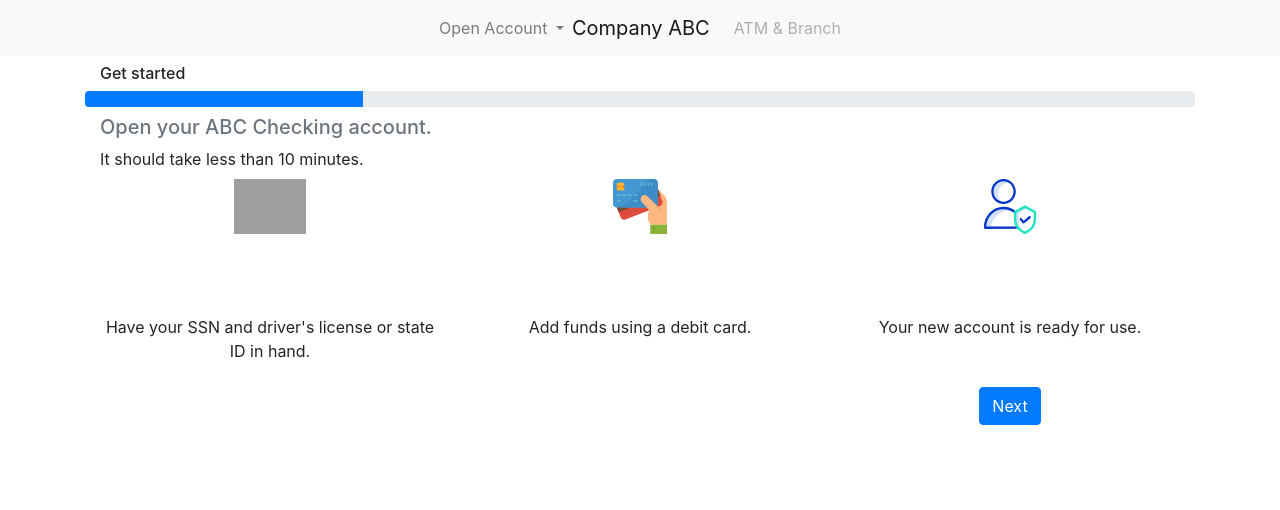
Repository: barriosan95/banking-opening-account-demo
Page: http://localhost/checking/application
The author's editor kept a record of every edit. The page is drawn from the files as they stood at one moment, then again after the next edit.
The browser window is 1280 px wide. The pictures show the whole page.
Pictures or frames that could not be fetched are drawn as grey boxes. Some web fonts or font styles are not loaded; a fallback is used. Some web libraries are served in a nearby version. The page is served by the project's Node server (index.js).

Above is the page before.

### views/checking_app.ejs
<% include ./partials/header %>
    <div class ="container">
        <div class ="container mt-2">
            <h6 class="mb-0"> Get started<h6>
        </div>
        <div class="progress">
            <div class="progress-bar" role="progressbar" style="width: 25%" aria-valuenow="25" aria-valuemin="0" aria-valuemax="100"></div>
        </div>
        <div class ="container mt-2 mb-2 text-muted">
            <h5> Open your ABC Checking account.</h5>
        </div>
        <div class ="container">
            <label> It should take less than 10 minutes.</label>
            <div class ="row">
                <div class ="col-md-4 d-flex flex-column align-items-center">
                    <img class=" app-img img-fluid" src="/icons/identification.svg">
                </div>
                <div class ="col-md-4 d-flex flex-column align-items-center">
                    <img class="app-img img-fluid" src="/icons/debit-card.svg">
                </div>
                <div class ="col-md-4 d-flex flex-column align-items-center">
                    <img class="app-img img-fluid" src="/icons/user.svg">
                </div>
            </div>
            <div class ="row">
                <div class ="col-md-4 text-center">
                    <p>Have your SSN and driver's license or state ID in hand.</p>
                </div>
                <div class ="col-md-4 text-center">
                    <p>Add funds using a debit card. </p>
                </div>
                <div class ="col-md-4 text-center">
                    <p>Your new account is ready for use.</p>
                </div>
            </div>
            <div class ="row">
                <div class="col-md-4 d-flex flex-column align-items-center ml-auto">
                    <a href="/checking/application" > <button class="btn btn-primary mt-2">Next</button></a>
                </div>
            </div>
        </div>
    </div>
<% include ./partials/footer %>

### views/partials/header.ejs
<!DOCTYPE HTML!>
<html>

    <head>


        <!--CDN Bootstrap v4.1.3-->
        <link rel="stylesheet" href="https://stackpath.bootstrapcdn.com/bootstrap/4.1.3/css/bootstrap.min.css">
        <link rel="stylesheet" href="https://cdnjs.cloudflare.com/ajax/libs/font-awesome/4.7.0/css/font-awesome.min.css">

        <!--Ref stylesheets -->
        <link rel= "stylesheet" type="text/css" href="/styles/app.css">


        <!--font -->
        <link href="https://fonts.googleapis.com/css?family=Muli:200,300,400,700,800" rel="stylesheet">


        <!--Will ensure proper responsivness on mobile devices-->
        <meta name="viewport" content="width=device-width, initial-scale=1, shrink-to-fit=no">

        <title> Banking OA Demo </title>

        <meta name="viewport" content="width=device-width, initial-scale=1, maximum-scale=1, user-scalable=no">

    </head>

    <body>

    <!--NAVBAR-->
        <nav class="navbar navbar-expand-lg navbar-light bg-light">
            <button class="navbar-toggler" type="button" data-toggle="collapse" data-target="#navbarNavDropdown" aria-controls="navbarNavDropdown" aria-expanded="false" aria-label="Toggle navigation">
                <span class="navbar-toggler-icon"></span>
            </button>

            <div class="collapse navbar-collapse" id="navbarNavDropdown">
                <ul class="navbar-nav mx-auto">
                    <li class="nav-item dropdown">
                        <a class="nav-link dropdown-toggle" href="#" id="navbarDropdown" role="button" data-toggle="dropdown">
                            Open Account
                        </a>
                        <div class="dropdown-menu" aria-labelledby="navbarDropdown">
                          <a class="dropdown-item" href="/checking">Checking Accounts</a>
                          <div class="dropdown-divider"></div>
                          <a class="dropdown-item" href="/savings">Savings Accounts </a>
                          <div class="dropdown-divider"></div>
                          <a class="dropdown-item" href="#">Money Market Accounts</a>
                          <div class="dropdown-divider"></div>
                          <a class="dropdown-item" href="#">CD and IRA's</a>

                        </div>
                    </li>
                    <a class="navbar-brand" href="/"> Company ABC </a>
                     <li class="nav-item">
                        <a class="nav-link disabled" href="#">ATM & Branch</a>
                     </li>
                </ul>
            </div>
        </nav>

### views/partials/footer.ejs

        <!--Bootstrap js scripts-->
        <script src="https://code.jquery.com/jquery-3.3.1.min.js" integrity="sha256-FgpCb/KJQlLNfOu91ta32o/NMZxltwRo8QtmkMRdAu8="crossorigin="anonymous"></script>
        <script src="https://cdnjs.cloudflare.com/ajax/libs/popper.js/1.12.9/umd/popper.min.js" integrity="sha384-ApNbgh9B+Y1QKtv3Rn7W3mgPxhU9K/ScQsAP7hUibX39j7fakFPskvXusvfa0b4Q" crossorigin="anonymous"></script>
        <script src="https://maxcdn.bootstrapcdn.com/bootstrap/4.0.0/js/bootstrap.min.js" integrity="sha384-JZR6Spejh4U02d8jOt6vLEHfe/JQGiRRSQQxSfFWpi1MquVdAyjUar5+76PVCmYl" crossorigin="anonymous"></script>
        <!--JS SCIPTs -->

        <script src="/js/forms.js"></script>
        <script src="https://cdn.jsdelivr.net/npm/jquerykeyframes@1.0.5/dist/jquery.keyframes.min.js"></script>

    </body>
</html>

### index.js
const express = require('express');


const mainRoutes = require('./routes/main');

//APP CONFIGURATIONS
var app = express();
    app.set('view engine','ejs');
    app.use(express.static("public"));
    app.use(mainRoutes);





app.listen(process.env.PORT,process.env.IP,function(){
    console.log('Server established.');
});

### routes/main.js
const express = require('express');

const router = express.Router();

router.get("/", function(req,res){
    res.render('main');
});

router.get("/checking",function(req,res){
    res.render('checking');
});

router.get("/savings",function(req,res){
    res.render('savings');
});

router.get("/checking/application",function(req,res){
   res.render('checking_app');
});

router.get("/checking/application/customerInfo",function(req,res){
   res.render('info_app');
});


module.exports = router;

### public/styles/app.css
.app-img{
    max-height: 40%;
    max-width: 40%;
}

### public/icons/debit-card.svg
<svg xmlns="http://www.w3.org/2000/svg" height="591pt" version="1.1" viewBox="0 0 591.60405 591" width="591pt">
<g id="surface1">
<path d="M 555.878906 168.519531 L 449.105469 61.542969 L 449.105469 490.230469 L 592 490.230469 L 592 255.378906 C 592 222.769531 578.996094 191.507812 555.878906 168.519531 Z M 555.878906 168.519531 " style=" stroke:none;fill-rule:nonzero;fill:rgb(100%,71.764706%,50.980392%);fill-opacity:1;" />
<path d="M 83.457031 412.117188 L 2.738281 202.570312 C -5.363281 181.535156 5.117188 157.90625 26.164062 149.800781 L 407.15625 3.046875 C 428.191406 -5.054688 451.820312 5.425781 459.921875 26.472656 L 540.640625 236.019531 C 548.742188 257.054688 538.261719 280.683594 517.214844 288.789062 L 136.234375 435.542969 C 115.1875 443.644531 91.570312 433.152344 83.457031 412.117188 Z M 83.457031 412.117188 " style=" stroke:none;fill-rule:nonzero;fill:rgb(87.058824%,29.803922%,23.529412%);fill-opacity:1;" />
<path d="M 489.011719 101.960938 L 32.195312 279.03125 L 62.613281 357.992188 L 519.449219 181.003906 Z M 489.011719 101.960938 " style=" stroke:none;fill-rule:nonzero;fill:rgb(47.843137%,28.627451%,18.823529%);fill-opacity:1;" />
<path d="M 0.00390625 265.679688 L 0.00390625 41.128906 C 0.00390625 18.582031 18.285156 0.300781 40.832031 0.300781 L 449.105469 0.300781 C 471.652344 0.300781 489.933594 18.582031 489.933594 41.128906 L 489.933594 265.679688 C 489.933594 288.226562 471.652344 306.507812 449.105469 306.507812 L 40.832031 306.507812 C 18.285156 306.507812 0.00390625 288.226562 0.00390625 265.679688 Z M 0.00390625 265.679688 " style=" stroke:none;fill-rule:nonzero;fill:rgb(26.27451%,59.607843%,81.960784%);fill-opacity:1;" />
<path d="M 449.105469 0.300781 L 405.726562 0.300781 L 99.519531 306.507812 L 449.105469 306.507812 C 471.652344 306.507812 489.933594 288.226562 489.933594 265.679688 L 489.933594 41.128906 C 489.933594 18.582031 471.652344 0.300781 449.105469 0.300781 Z M 449.105469 0.300781 " style=" stroke:none;fill-rule:nonzero;fill:rgb(24.313725%,54.901961%,78.039216%);fill-opacity:1;" />
<path d="M 40.832031 163.609375 L 81.660156 163.609375 L 81.660156 184.023438 L 40.832031 184.023438 Z M 40.832031 163.609375 " style=" stroke:none;fill-rule:nonzero;fill:rgb(36.862745%,70.196078%,81.960784%);fill-opacity:1;" />
<path d="M 40.832031 224.851562 L 81.660156 224.851562 L 81.660156 245.265625 L 40.832031 245.265625 Z M 40.832031 224.851562 " style=" stroke:none;fill-rule:nonzero;fill:rgb(36.862745%,70.196078%,81.960784%);fill-opacity:1;" />
<path d="M 224.554688 224.851562 L 265.382812 224.851562 L 265.382812 245.265625 L 224.554688 245.265625 Z M 224.554688 224.851562 " style=" stroke:none;fill-rule:nonzero;fill:rgb(36.862745%,70.196078%,81.960784%);fill-opacity:1;" />
<path d="M 102.074219 163.609375 L 142.898438 163.609375 L 142.898438 184.023438 L 102.074219 184.023438 Z M 102.074219 163.609375 " style=" stroke:none;fill-rule:nonzero;fill:rgb(36.862745%,70.196078%,81.960784%);fill-opacity:1;" />
<path d="M 163.3125 163.609375 L 204.140625 163.609375 L 204.140625 184.023438 L 163.3125 184.023438 Z M 163.3125 163.609375 " style=" stroke:none;fill-rule:nonzero;fill:rgb(36.862745%,70.196078%,81.960784%);fill-opacity:1;" />
<path d="M 224.554688 163.609375 L 265.382812 163.609375 L 265.382812 184.023438 L 224.554688 184.023438 Z M 224.554688 163.609375 " style=" stroke:none;fill-rule:nonzero;fill:rgb(36.862745%,70.196078%,81.960784%);fill-opacity:1;" />
<path d="M 418.484375 41.128906 L 438.898438 41.128906 L 438.898438 71.75 L 418.484375 71.75 Z M 418.484375 41.128906 " style=" stroke:none;fill-rule:nonzero;fill:rgb(36.862745%,70.196078%,81.960784%);fill-opacity:1;" />
<path d="M 377.65625 41.128906 L 398.070312 41.128906 L 398.070312 71.75 L 377.65625 71.75 Z M 377.65625 41.128906 " style=" stroke:none;fill-rule:nonzero;fill:rgb(36.862745%,70.196078%,81.960784%);fill-opacity:1;" />
<path d="M 336.828125 41.128906 L 357.242188 41.128906 L 357.242188 71.75 L 336.828125 71.75 Z M 336.828125 41.128906 " style=" stroke:none;fill-rule:nonzero;fill:rgb(36.862745%,70.196078%,81.960784%);fill-opacity:1;" />
<path d="M 296.003906 41.128906 L 316.414062 41.128906 L 316.414062 71.75 L 296.003906 71.75 Z M 296.003906 41.128906 " style=" stroke:none;fill-rule:nonzero;fill:rgb(36.862745%,70.196078%,81.960784%);fill-opacity:1;" />
<path d="M 408.277344 490.230469 L 592 490.230469 L 592 592.296875 L 408.277344 592.296875 Z M 408.277344 490.230469 " style=" stroke:none;fill-rule:nonzero;fill:rgb(53.333333%,70.196078%,21.568627%);fill-opacity:1;" />
<path d="M 378.320312 184.6875 C 361.007812 167.4375 332.992188 167.488281 315.742188 184.800781 C 299.0625 201.539062 298.484375 228.433594 314.425781 245.878906 L 398.070312 337.128906 C 372.929688 381.128906 374.003906 435.386719 400.855469 478.359375 L 408.277344 490.230469 L 540.964844 490.230469 L 540.964844 347.335938 Z M 378.320312 184.6875 " style=" stroke:none;fill-rule:nonzero;fill:rgb(100%,71.764706%,50.980392%);fill-opacity:1;" />
<path d="M 438.898438 520.851562 L 459.3125 520.851562 L 459.3125 541.265625 L 438.898438 541.265625 Z M 438.898438 520.851562 " style=" stroke:none;fill-rule:nonzero;fill:rgb(41.960784%,58.823529%,16.470588%);fill-opacity:1;" />
<path d="M 40.832031 106.453125 L 40.832031 57.460938 C 40.832031 48.4375 48.140625 41.128906 57.164062 41.128906 L 106.15625 41.128906 C 115.179688 41.128906 122.484375 48.4375 122.484375 57.460938 L 122.484375 106.453125 C 122.484375 115.476562 115.179688 122.785156 106.15625 122.785156 L 57.164062 122.785156 C 48.140625 122.785156 40.832031 115.476562 40.832031 106.453125 Z M 40.832031 106.453125 " style=" stroke:none;fill-rule:nonzero;fill:rgb(99.215686%,71.372549%,18.431373%);fill-opacity:1;" />
<path d="M 40.832031 71.75 L 71.453125 71.75 L 71.453125 92.164062 L 40.832031 92.164062 Z M 40.832031 71.75 " style=" stroke:none;fill-rule:nonzero;fill:rgb(99.215686%,48.235294%,18.431373%);fill-opacity:1;" />
<path d="M 91.867188 71.75 L 122.484375 71.75 L 122.484375 92.164062 L 91.867188 92.164062 Z M 91.867188 71.75 " style=" stroke:none;fill-rule:nonzero;fill:rgb(99.215686%,48.235294%,18.431373%);fill-opacity:1;" />
<path d="M 530.757812 347.335938 C 528.054688 347.335938 525.453125 346.261719 523.542969 344.34375 L 482.714844 303.515625 C 478.796875 299.464844 478.910156 293.003906 482.972656 289.082031 C 486.933594 285.265625 493.199219 285.265625 497.148438 289.082031 L 537.976562 329.910156 C 541.957031 333.902344 541.957031 340.363281 537.976562 344.34375 C 536.054688 346.261719 533.464844 347.335938 530.757812 347.335938 Z M 530.757812 347.335938 " style=" stroke:none;fill-rule:nonzero;fill:rgb(94.901961%,64.313725%,43.529412%);fill-opacity:1;" />
</g>
</svg>

### public/icons/user.svg
<svg height="464pt" viewBox="-7 0 464 464.20294" width="464pt" xmlns="http://www.w3.org/2000/svg"><g fill="#d4e1f4"><path d="m300.402344 348.398438v-60l76.898437-42.097657-24-12.800781-83.800781 45.898438v60c.027344 47.632812 28.25 90.734374 71.902344 109.800781l11.597656 5.101562 6.402344-2.800781c-36.511719-21.519531-58.941406-60.71875-59-103.101562zm0 0"/><path d="m123.703125 125.699219c0-52.851563 42.84375-95.699219 95.699219-95.699219 3.097656 0 6.097656.199219 9.097656.398438-32.085938-25.167969-76.59375-27.246094-110.886719-5.171876-34.289062 22.074219-50.832031 63.449219-41.207031 103.078126 9.625 39.628906 43.300781 68.808593 83.894531 72.695312-23.109375-18.152344-36.605469-45.914062-36.597656-75.300781zm0 0"/><path d="m219.300781 265.199219c11.292969-.007813 22.554688 1.164062 33.601563 3.5-25.121094-15.5-54.085938-23.640625-83.601563-23.5-88.097656.199219-159.398437 70.5-159.199219 166.199219l51-.097657c9.101563-85.300781 76.398438-145.902343 158.199219-146.101562zm0 0"/></g><path d="m169.402344 211.398438c58.375 0 105.699218-47.320313 105.699218-105.699219 0-58.375-47.324218-105.699219-105.699218-105.699219s-105.699219 47.324219-105.699219 105.699219c.054687 58.355469 47.34375 105.644531 105.699219 105.699219zm0-191.398438c47.332031 0 85.699218 38.371094 85.699218 85.699219 0 47.332031-38.367187 85.699219-85.699218 85.699219-47.332032 0-85.699219-38.367188-85.699219-85.699219.054687-47.308594 38.390625-85.644531 85.699219-85.699219zm0 0" fill="#0635c9"/><path d="m20.402344 401.300781c2.097656-39.300781 17.398437-75.199219 43.398437-101.902343 27.699219-28.5 65.199219-44.199219 105.5-44.199219h.300781c33.378907-.191407 65.828126 10.988281 92 31.699219 1.5 1.203124 3 2.5 4.5 3.703124l13-15.101562c-1.699218-1.5-3.398437-2.898438-5.101562-4.300781-29.796875-23.699219-66-36.097657-104.699219-36.097657-45.800781.097657-88.300781 17.898438-119.800781 50.296876-32 32.800781-49.5 77.5-49.398438 126 .015626 5.519531 4.484376 9.984374 10 10l281-.5v-20zm0 0" fill="#0635c9"/><path d="m387.5 315.199219-45.199219 36.800781-16.300781-19.101562c-3.589844-4.195313-9.902344-4.6875-14.097656-1.097657-4.199219 3.589844-4.691406 9.902344-1.101563 14.097657l22.699219 26.5c1.910156 2.214843 4.679688 3.492187 7.601562 3.5 2.292969.019531 4.519532-.757813 6.300782-2.199219l52.800781-42.898438c4.289063-3.511719 4.925781-9.832031 1.425781-14.132812-3.5-4.296875-9.816406-4.957031-14.128906-1.46875zm0 0" fill="#0635c9"/><path d="m444.101562 270.5-86.199218-45.898438c-2.96875-1.621093-6.566406-1.582031-9.5.097657l-83.800782 45.902343c-3.207031 1.765626-5.199218 5.136719-5.199218 8.796876v60c.058594 51.585937 30.628906 98.25 77.898437 118.902343l11.601563 5.097657c1.257812.5625 2.625.835937 4 .800781 1.371094-.023438 2.726562-.292969 4-.800781l13.097656-5.699219c48.132812-20.191407 79.4375-67.304688 79.402344-119.5v-58.800781c.003906-3.714844-2.03125-7.132813-5.300782-8.898438zm-14.699218 67.699219c.019531 44.191406-26.523438 84.066406-67.300782 101.101562h-.101562l-9.097656 3.898438-7.601563-3.300781c-39.992187-17.472657-65.855469-56.953126-65.898437-100.597657v-54.101562l73.898437-40.5 76.101563 40.601562zm0 0" fill="#1ae5be"/></svg>

Loaded but not shown: public/js/forms.js (no copy from this time; the picture is the same without it)

After the next edit:
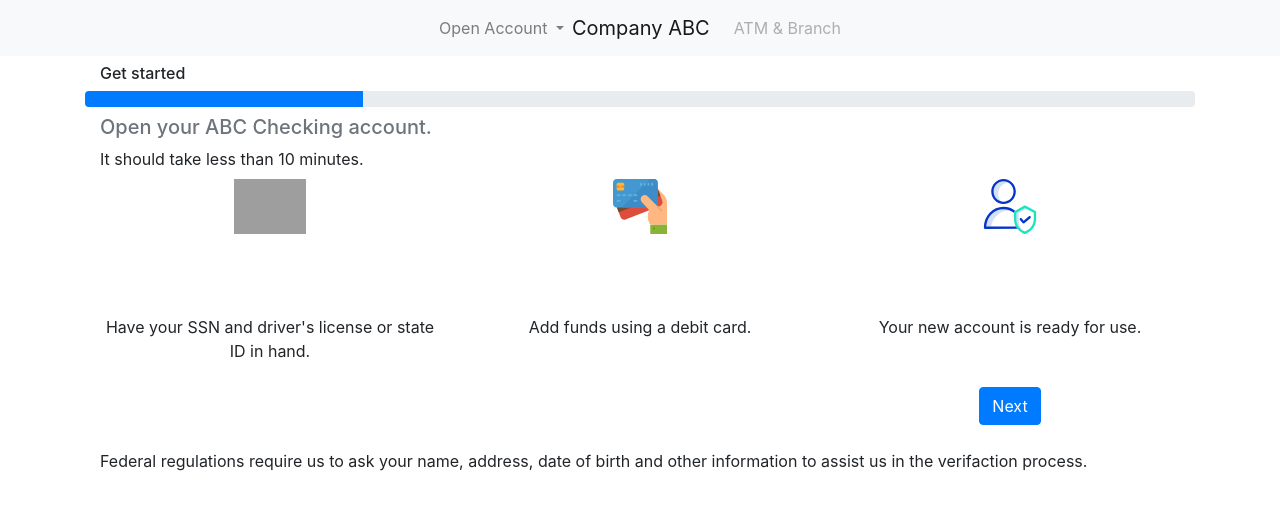
The edit:
--- a/views/checking_app.ejs
+++ b/views/checking_app.ejs
@@ -39,5 +39,8 @@
                 </div>
             </div>
         </div>
+        <div class="container mt-4">
+            <p> Federal regulations require us to ask your name, address, date of birth and other information to assist us in the verifaction process.</p>
+        </div>
     </div>
 <% include ./partials/footer %>
